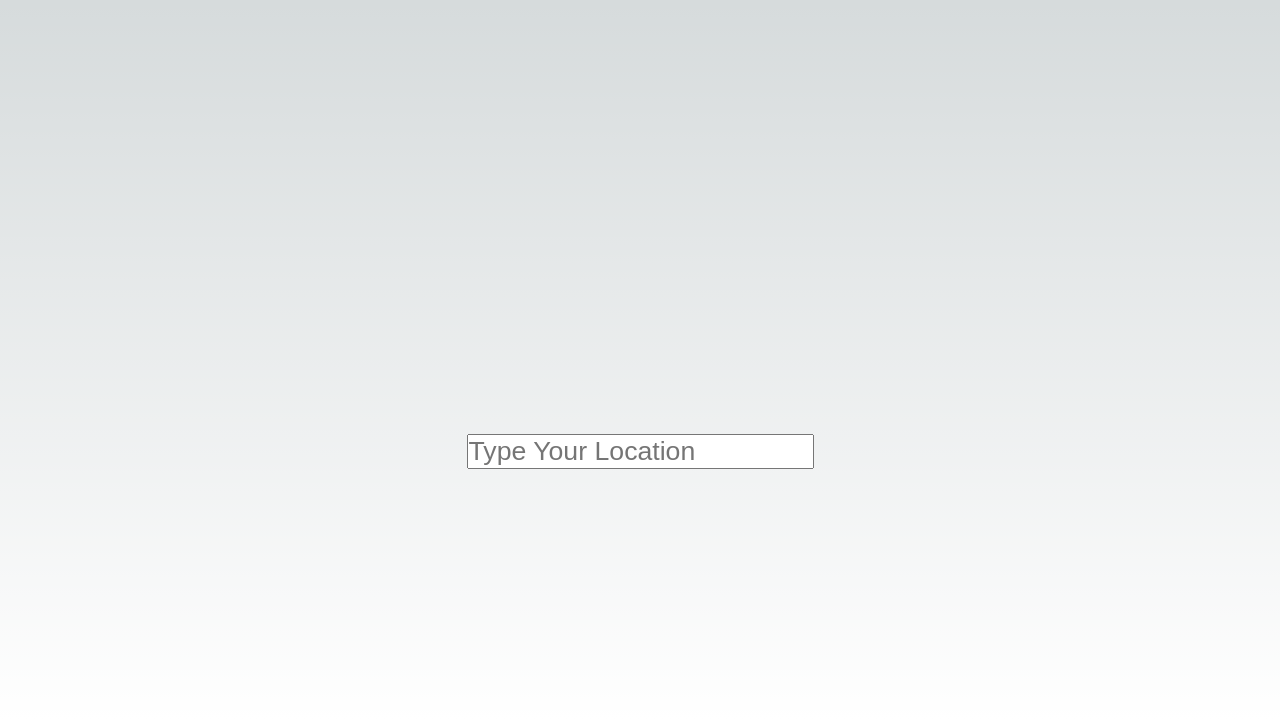
Repository: Heidingg/weather_app
Page: /
An editor plug-in stored every save of this project. The page is shown before and after the next save, followed by the edit.
The browser window is 1280 px wide. The pictures show the whole page.
The project was rebuilt for these pictures with package versions that can differ from the ones it lists, and the page was loaded fresh each time. The framework's server and built-in components were replaced by stand-ins that run in the browser. Also part of the build but not shown: next.config.js.

Above is the page before, as saved 2023-01-19 22:37:32.

### pages/index.js
import Head from 'next/head';
import Image from 'next/image';
import { Inter } from '@next/font/google';
import styles from '../styles/Home.module.css';
import { useState } from 'react';
import React from 'react';
import axios from 'axios';

const inter = Inter({ subsets: ['latin'] })

export default function Home() {

  const [location, setLocation] = useState('');
  const [data, setData] = useState({});
  const [weather, setWeather] = useState();
  const [main, setMain] = useState();
  const [wind, setWind] = useState();
  const [errorMessage, setErrorMessage] = useState('');
  const [icon, setIcon] = useState('');
  var lang = "en";
  var units = "metric";
  var apiKey = "8a3b66428312171f7c96dafa7cbc5a31";

  const url = `https://api.openweathermap.org/data/2.5/weather?q=${location}&units=${units}&appid=${apiKey}&lang=${lang}`;


  const searchLocation = (event) => {
    if (event.key === 'Enter') {
      axios.get(url)
        .then((response) => {
          console.clear();
          setData(response.data);
          console.log(response.data);
          setWeather(response.data.weather);
          setWind(response.data.wind);
          setIcon(response.data.icon);
          setErrorMessage("");
        }).catch(err => {
          console.log(err);
          setErrorMessage("Please enter another location")
          setData({});
          setWeather();
          setMain();
          setWind();
          setIcon();
        })
      setLocation('')
    }
  }


  return (
    <>
      <Head>
        <title>Loweather</title>
        <meta name="description" content="Generated by create next app" />
        <meta name="viewport" content="width=device-width, initial-scale=1" />
        <link rel="icon" href="cloudy.png" alt=""/>
      </Head>

      <main className={styles.main}>
        <div className={styles.location}></div>
          <div className={styles.locationIcon}>
          <div className={styles.locationName}>
            {data.name}
          </div>
        </div>

        <div className={styles.errorMess}>{errorMessage}</div>
        <input
          value={location}
          onChange={event => setLocation(event.target.value)}
          placeholder="Type Your Location"
          onKeyDown={searchLocation}
          type="text"
        >
        </input>

        <div className={styles.weatherData}>
          <div className={styles.weatherCondition}>
            {
              weather && weather.map((w, index) => {
                return (
                  <div key={index}>
                    <div className>{w.icon}</div>
                    <img className={styles.iconStyle} src={`http://openweathermap.org/img/wn/${w.icon}@2x.png`}></img>
                    <div className>{w.main}</div>
                  </div>
                )
              })
            }
          </div>

          {
            weather && weather.map((w, index) => {
              return (
                <div key={index}>
                  <div className>{w.description}</div>
                </div>
              )
            })
          }

          {
            main && weather.map(() => {
              return (
                <div>
                  <div className={styles.weatherTemp}>Temperature: {main.temp}&#176;C</div>
                  <div className={styles.weatherFeel}>Feels like: {main.feels_like}&#176;C</div>
                </div>
              )
            })
          }

          {
            wind && weather.map(() => {
              return (
                <div>
                  <div className={styles.weatherWind}>Wind: {wind.gust} m/s</div>
                </div>
              )
            })
          }

        </div>
      </main>
    </>
)
}

### styles/globals.css
:root {
  --max-width: 1100px;
  --border-radius: 12px;
  --font-mono: ui-monospace, Menlo, Monaco, 'Cascadia Mono', 'Segoe UI Mono',
    'Roboto Mono', 'Oxygen Mono', 'Ubuntu Monospace', 'Source Code Pro',
    'Fira Mono', 'Droid Sans Mono', 'Courier New', monospace;

  --foreground-rgb: 0, 0, 0;
  --background-start-rgb: 214, 219, 220;
  --background-end-rgb: 255, 255, 255;

  --primary-glow: conic-gradient(
    from 180deg at 50% 50%,
    #16abff33 0deg,
    #0885ff33 55deg,
    #54d6ff33 120deg,
    #0071ff33 160deg,
    transparent 360deg
  );
  --secondary-glow: radial-gradient(
    rgba(255, 255, 255, 1),
    rgba(255, 255, 255, 0)
  );

  --tile-start-rgb: 239, 245, 249;
  --tile-end-rgb: 228, 232, 233;
  --tile-border: conic-gradient(
    #00000080,
    #00000040,
    #00000030,
    #00000020,
    #00000010,
    #00000010,
    #00000080
  );

  --callout-rgb: 238, 240, 241;
  --callout-border-rgb: 172, 175, 176;
  --card-rgb: 180, 185, 188;
  --card-border-rgb: 131, 134, 135;
}

@media (prefers-color-scheme: dark) {
  :root {
    --foreground-rgb: 255, 255, 255;
    --background-start-rgb: 0, 0, 0;
    --background-end-rgb: 0, 0, 0;

    --primary-glow: radial-gradient(rgba(1, 65, 255, 0.4), rgba(1, 65, 255, 0));
    --secondary-glow: linear-gradient(
      to bottom right,
      rgba(1, 65, 255, 0),
      rgba(1, 65, 255, 0),
      rgba(1, 65, 255, 0.3)
    );

    --tile-start-rgb: 2, 13, 46;
    --tile-end-rgb: 2, 5, 19;
    --tile-border: conic-gradient(
      #ffffff80,
      #ffffff40,
      #ffffff30,
      #ffffff20,
      #ffffff10,
      #ffffff10,
      #ffffff80
    );

    --callout-rgb: 20, 20, 20;
    --callout-border-rgb: 108, 108, 108;
    --card-rgb: 100, 100, 100;
    --card-border-rgb: 200, 200, 200;
  }
}

* {
  box-sizing: border-box;
  padding: 0;
  margin: 0;
  font-family: "Montserrat", sans-serif;
  font-size: 20pt;
}

.input{
  width: 80%;
  display: flex;
  background-color: lightblue;
}

html,
body {
  max-width: 100vw;
  overflow-x: hidden;
  display: grid;
  place-items: center;
  min-height: 100vh;;
}

body {
  color: rgb(var(--foreground-rgb));
  background: linear-gradient(
      to bottom,
      transparent,
      rgb(var(--background-end-rgb))
    )
    rgb(var(--background-start-rgb));
}

a {
  color: inherit;
  text-decoration: none;
}

@media (prefers-color-scheme: dark) {
  html {
    color-scheme: dark;
  }
}

### styles/Home.module.css
.main {
  display: flex;
  flex-direction: column;
  justify-content: space-between;
  align-items: center;
  padding: 6rem;
  min-height: 100vh;
  background: linear-gradient(to right,#667d);
  font-family: 'Diot';
}

.description {
  display: inherit;
  justify-content: inherit;
  align-items: inherit;
  font-size: 0.85rem;
  max-width: var(--max-width);
  width: 100%;
  z-index: 2;
  font-family: var(--font-mono);
}

.description a {
  display: flex;
  justify-content: center;
  align-items: center;
  gap: 0.5rem;
}

.description p {
  position: relative;
  margin: 0;
  padding: 1rem;
  background-color: rgba(var(--callout-rgb), 0.5);
  border: 1px solid rgba(var(--callout-border-rgb), 0.3);
  border-radius: var(--border-radius);
}

.code {
  font-weight: 700;
  font-family: var(--font-mono);
}

.grid {
  display: grid;
  grid-template-columns: repeat(4, minmax(25%, auto));
  width: var(--max-width);
  max-width: 100%;
}

.card {
  padding: 1rem 1.2rem;
  border-radius: var(--border-radius);
  background: rgba(var(--card-rgb), 0);
  border: 1px solid rgba(var(--card-border-rgb), 0);
  transition: background 200ms, border 200ms;
}

.card span {
  display: inline-block;
  transition: transform 200ms;
}

.card h2 {
  font-weight: 600;
  margin-bottom: 0.7rem;
}

.card p {
  margin: 0;
  opacity: 0.6;
  font-size: 0.9rem;
  line-height: 1.5;
  max-width: 30ch;
}

.center {
  display: flex;
  justify-content: center;
  align-items: center;
  position: relative;
  padding: 4rem 0;
}

.center::before {
  background: var(--secondary-glow);
  border-radius: 50%;
  width: 480px;
  height: 360px;
  margin-left: -400px;
}

.center::after {
  background: var(--primary-glow);
  width: 240px;
  height: 180px;
  z-index: -1;
}

.center::before,
.center::after {
  content: '';
  left: 50%;
  position: absolute;
  filter: blur(45px);
  transform: translateZ(0);
}

.logo,
.thirteen {
  position: relative;
}

.thirteen {
  display: flex;
  justify-content: center;
  align-items: center;
  width: 75px;
  height: 75px;
  padding: 25px 10px;
  margin-left: 16px;
  transform: translateZ(0);
  border-radius: var(--border-radius);
  overflow: hidden;
  box-shadow: 0px 2px 8px -1px #0000001a;
}

.thirteen::before,
.thirteen::after {
  content: '';
  position: absolute;
  z-index: -1;
}

/* Conic Gradient Animation */
.thirteen::before {
  animation: 6s rotate linear infinite;
  width: 200%;
  height: 200%;
  background: var(--tile-border);
}

/* Inner Square */
.thirteen::after {
  inset: 0;
  padding: 1px;
  border-radius: var(--border-radius);
  background: linear-gradient(
    to bottom right,
    rgba(var(--tile-start-rgb), 1),
    rgba(var(--tile-end-rgb), 1)
  );
  background-clip: content-box;
}

/* Enable hover only on non-touch devices */
@media (hover: hover) and (pointer: fine) {
  .card:hover {
    background: rgba(var(--card-rgb), 0.1);
    border: 1px solid rgba(var(--card-border-rgb), 0.15);
  }

  .card:hover span {
    transform: translateX(4px);
  }
}

@media (prefers-reduced-motion) {
  .thirteen::before {
    animation: none;
  }

  .card:hover span {
    transform: none;
  }
}

/* Mobile */
@media (max-width: 700px) {
  .content {
    padding: 4rem;
  }

  .grid {
    grid-template-columns: 1fr;
    margin-bottom: 120px;
    max-width: 320px;
    text-align: center;
  }

  .card {
    padding: 1rem 2.5rem;
  }

  .card h2 {
    margin-bottom: 0.5rem;
  }

  .center {
    padding: 8rem 0 6rem;
  }

  .center::before {
    transform: none;
    height: 300px;
  }

  .description {
    font-size: 0.8rem;
  }

  .description a {
    padding: 1rem;
  }

  .description p,
  .description div {
    display: flex;
    justify-content: center;
    position: fixed;
    width: 100%;
  }

  .description p {
    align-items: center;
    inset: 0 0 auto;
    padding: 2rem 1rem 1.4rem;
    border-radius: 0;
    border: none;
    border-bottom: 1px solid rgba(var(--callout-border-rgb), 0.25);
    background: linear-gradient(
      to bottom,
      rgba(var(--background-start-rgb), 1),
      rgba(var(--callout-rgb), 0.5)
    );
    background-clip: padding-box;
    backdrop-filter: blur(24px);
  }

  .description div {
    align-items: flex-end;
    pointer-events: none;
    inset: auto 0 0;
    padding: 2rem;
    height: 200px;
    background: linear-gradient(
      to bottom,
      transparent 0%,
      rgb(var(--background-end-rgb)) 40%
    );
    z-index: 1;
  }
}

/* Tablet and Smaller Desktop */
@media (min-width: 701px) and (max-width: 1120px) {
  .grid {
    grid-template-columns: repeat(2, 50%);
  }
}

@media (prefers-color-scheme: dark) {
  .vercelLogo {
    filter: invert(1);
  }

  .logo,
  .thirteen img {
    filter: invert(1) drop-shadow(0 0 0.3rem #ffffff70);
  }
}

@keyframes rotate {
  from {
    transform: rotate(360deg);
  }
  to {
    transform: rotate(0deg);
  }
}

Loaded but not shown: pages/_app.js (common file); pages/_document.js (common file)

After the next save:
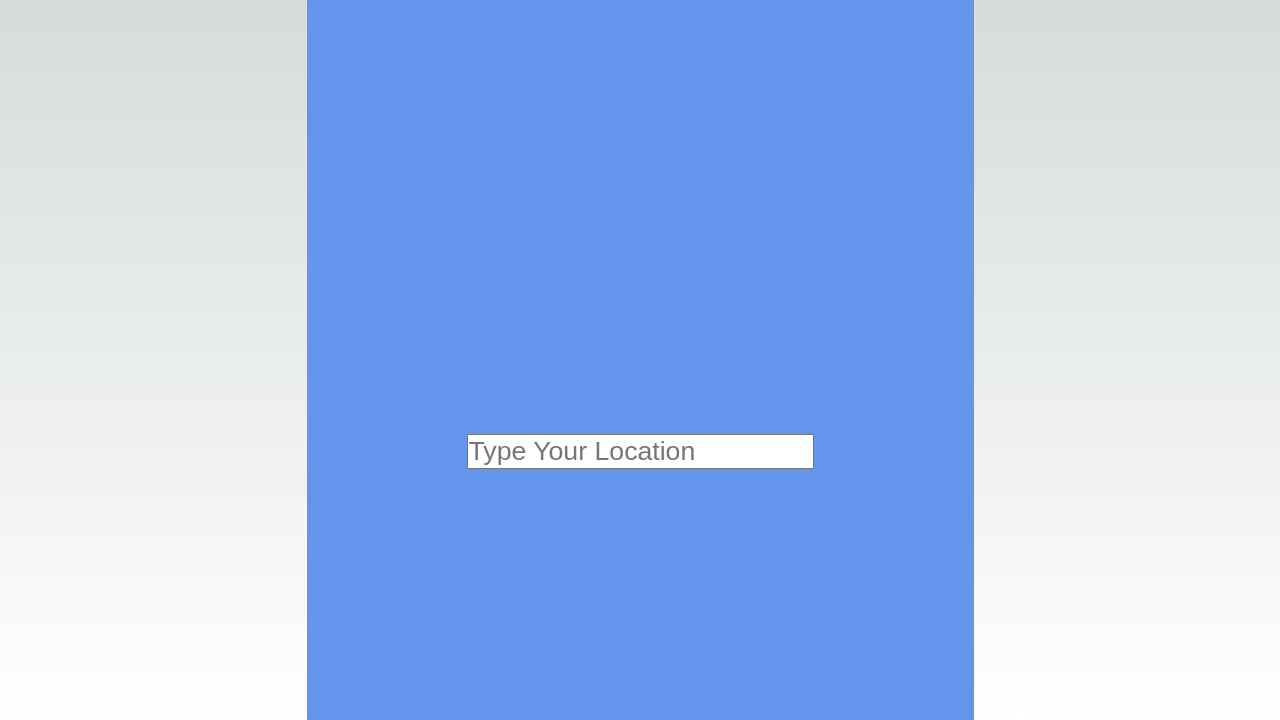
Saved 3 min 4 s later.
--- a/styles/Home.module.css
+++ b/styles/Home.module.css
@@ -5,8 +5,7 @@
   align-items: center;
   padding: 6rem;
   min-height: 100vh;
-  background: linear-gradient(to right,#667d);
-  font-family: 'Diot';
+  background-color: cornflowerblue;
 }
 
 .description {
